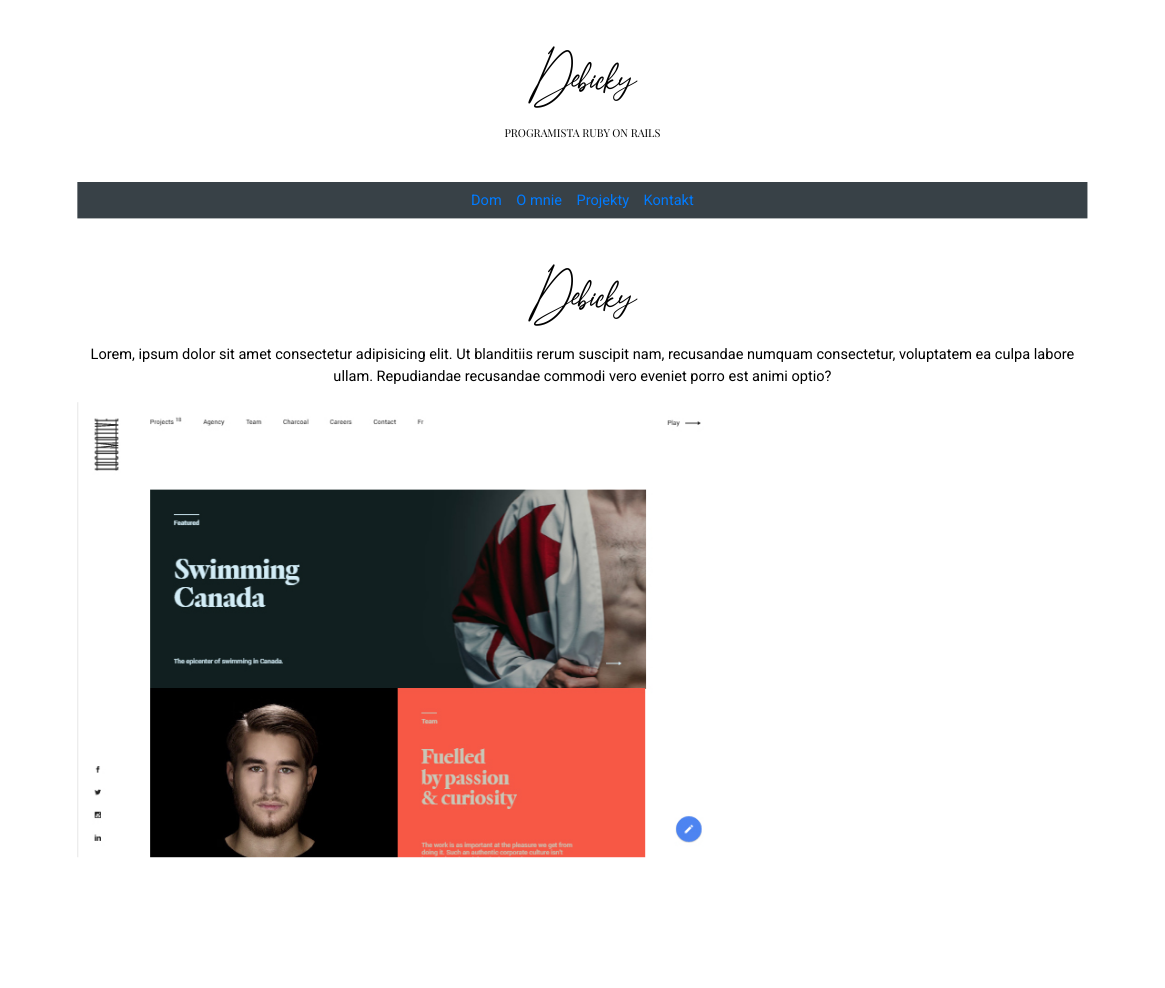
Repository: debicky/debicky.github.io
Page: index.html
The author's editor kept a copy of each file at every save. The page is drawn from the files as they stood at one save, then again after a run of saves.
The browser window is 1280 px wide. The pictures show the whole page, at 91% of full size.
Some web libraries are served in a nearby version.

Above is the page before, as saved 2020-06-10 09:01:33.

### index.html
<!DOCTYPE html>
<html lang="en">
<head>
  <meta charset="UTF-8">
  <meta name="viewport" content="width=device-width, initial-scale=1.0">
  <title>Debicky</title>
  <link rel="stylesheet" href="https://stackpath.bootstrapcdn.com/bootstrap/4.5.0/css/bootstrap.min.css" integrity="sha384-9aIt2nRpC12Uk9gS9baDl411NQApFmC26EwAOH8WgZl5MYYxFfc+NcPb1dKGj7Sk" crossorigin="anonymous">
  <link rel="stylesheet" href="https://cdnjs.cloudflare.com/ajax/libs/font-awesome/5.11.2/css/all.min.css">
  <link rel="stylesheet" href="styles.css">
</head>
<body>


  <header>
    <a href="index.html">
      <div class="signature">
        <h5 class="signature-heading">Debicky</h5>
        <h3 class="signature-subhead">Programista Ruby on Rails</h3>
      </div>
    </a>
  </header>

  <div class="container">
    <nav class="navbar navbar-expand-md p-0">
      <button class="navbar-toggler" type="button" data-toggle="collapse" data-target="#navbarSupportedContent" aria-controls="navbarSupportedContent" aria-expanded="false" aria-label="Toggle navigation">
        <i class="fas fa-bars"></i>
        <i class="fas fa-times"></i>
      </button>

      <div class="collapse navbar-collapse d-md-flex justify-content-center" id="navbarSupportedContent">
        <ul class="navbar-nav">
          <li class="nav-item active">
            <a class="nav-link" href="index.html">Dom</a>
          </li>
          <li class="nav-item">
            <a class="nav-link" href="#">O mnie</a>
          </li>
          <li class="nav-item">
            <a class="nav-link" href="#">Projekty</a>
          </li>
          <li class="nav-item">
            <a class="nav-link" href="#">Kontakt</a>
          </li>
        </ul>
      </div>
    </nav>
  </div>

  <section class="about py-5">
    <div class="container">
      <div class="about-content">
        <div class="about-description">
          <div class="signature">
            <h5 class="signature-heading">Debicky</h5>
            <p>Lorem, ipsum dolor sit amet consectetur adipisicing elit. Ut blanditiis rerum suscipit nam, recusandae numquam consectetur, voluptatem ea culpa labore ullam. Repudiandae recusandae commodi vero eveniet porro est animi optio?</p>
          </div>
        </div>
        <div class="about-image">
            <img src="/images/2.jpeg" alt="img1">
        </div>
      </div>
    </div>
  </section>


  <section class="projects py-5">

  </section>



  <script src="https://code.jquery.com/jquery-3.5.1.slim.min.js" integrity="sha384-DfXdz2htPH0lsSSs5nCTpuj/zy4C+OGpamoFVy38MVBnE+IbbVYUew+OrCXaRkfj" crossorigin="anonymous"></script>
  <script src="https://cdn.jsdelivr.net/npm/popper.js@1.16.0/dist/umd/popper.min.js" integrity="sha384-Q6E9RHvbIyZFJoft+2mJbHaEWldlvI9IOYy5n3zV9zzTtmI3UksdQRVvoxMfooAo" crossorigin="anonymous"></script>
  <script src="https://stackpath.bootstrapcdn.com/bootstrap/4.5.0/js/bootstrap.min.js" integrity="sha384-OgVRvuATP1z7JjHLkuOU7Xw704+h835Lr+6QL9UvYjZE3Ipu6Tp75j7Bh/kR0JKI" crossorigin="anonymous"></script>
  <script src="script.js"></script>

</body>
</html>

### styles.css
@import url('https://fonts.googleapis.com/css?family=Playfair+Display+SC|Roboto:300,400&display=swap');

@font-face {
  font-family: "AmostelySignature";
  src: url("/fonts/AmostelySignature.ttf");
  }

body, html {
  font-family: "Roboto", sans-serif;
}

a:hover {
  text-decoration: none;;
}

header{
  height: 200px;
  width: 100%;
  display: flex;
  align-items: center;
  justify-content: center;
}

.signature{
  color: black;
  text-align: center;
  user-select: none;
}

.signature-heading{
  font-family: 'AmostelySignature', cursive;
  font-size: 50px;
  margin-bottom: 30px;
}

.signature-subhead{
  font-family: 'Playfair Display SC', sans-serif;
  font-size: 12px;
  text-transform: uppercase;
  margin-bottom: 0;
}

.navbar{
  background-color: #384147;
}

.navbar-toggler i{
  color: #fff;
  font-size: 25px;
}

.navbar-toggler .fa-times{
  display: none;
}

.navbar-toggler.menu-open  .fa-bars{
  display: none;
}

.navbar-toggler.menu-open  .fa-times{
  display: block;
}

.navbar nav

### script.js
$('.navbar-toggler').on('click', function () {
  $(this).toggleClass('menu-open')
})

After the next 4 saves:
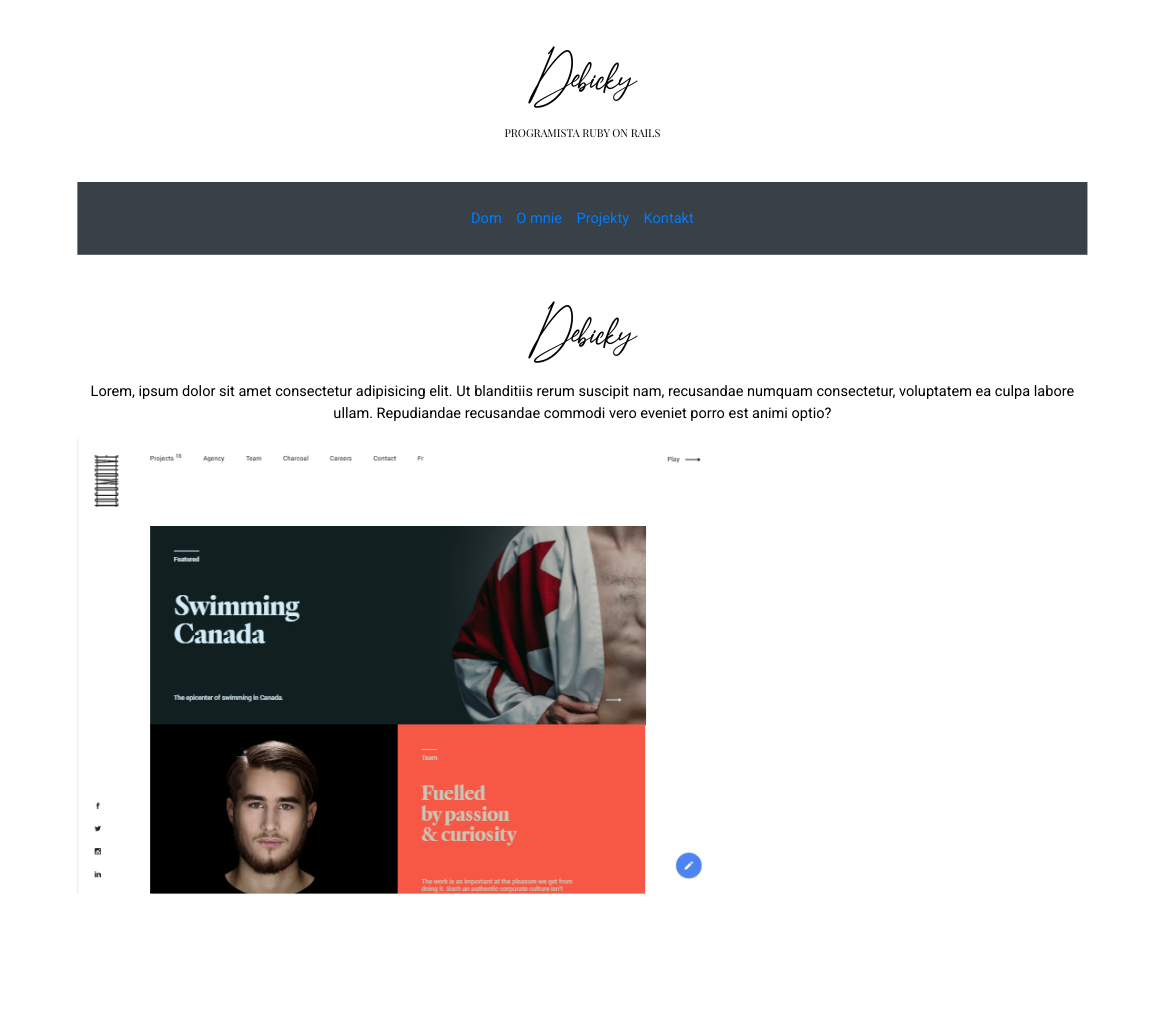
The 4 saves are shown as one change because they came seconds apart.
The last was saved 17 s later.
--- a/styles.css
+++ b/styles.css
@@ -61,4 +61,6 @@ header{
   display: block;
 }
 
-.navbar nav
+.navbar-nav{
+  padding: 20px;
+}
